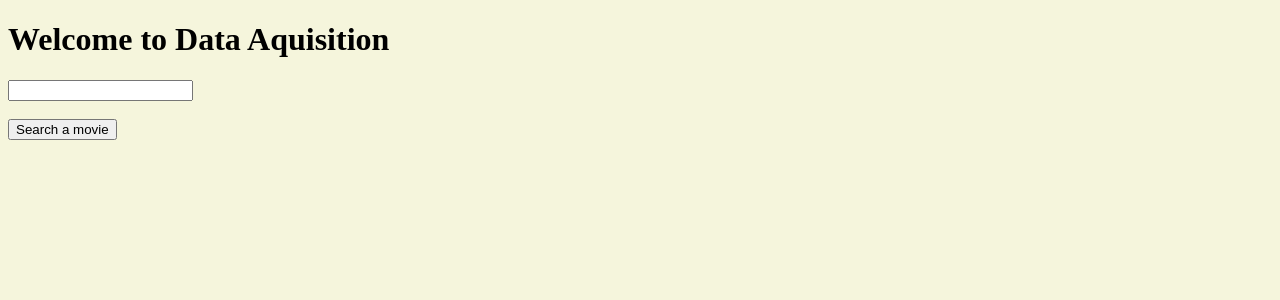
Repository: randy918/good-naked-beginning
Page: index.html
An editor plug-in stored every save of this project. The page is shown before and after a run of saves, followed by the edit.
The browser window is 1280 px wide. The pictures show the whole page.
The style sheet was rebuilt from its Sass, Less or Tailwind sources for each picture, by a compiler version that may differ from the author's.

Above is the page before, as saved 2023-01-01 15:03:05.

After the next 6 saves:
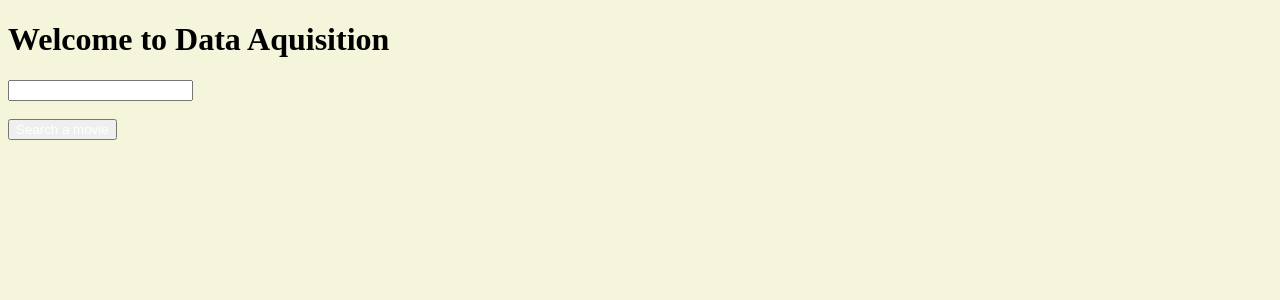
The 6 saves are shown as one change because they came seconds apart.
The last was saved 15 s later.
--- a/css/main.scss
+++ b/css/main.scss
@@ -6,6 +6,6 @@ background: beige;
 
 #search {
 
-
+color: #fff
 
 }
